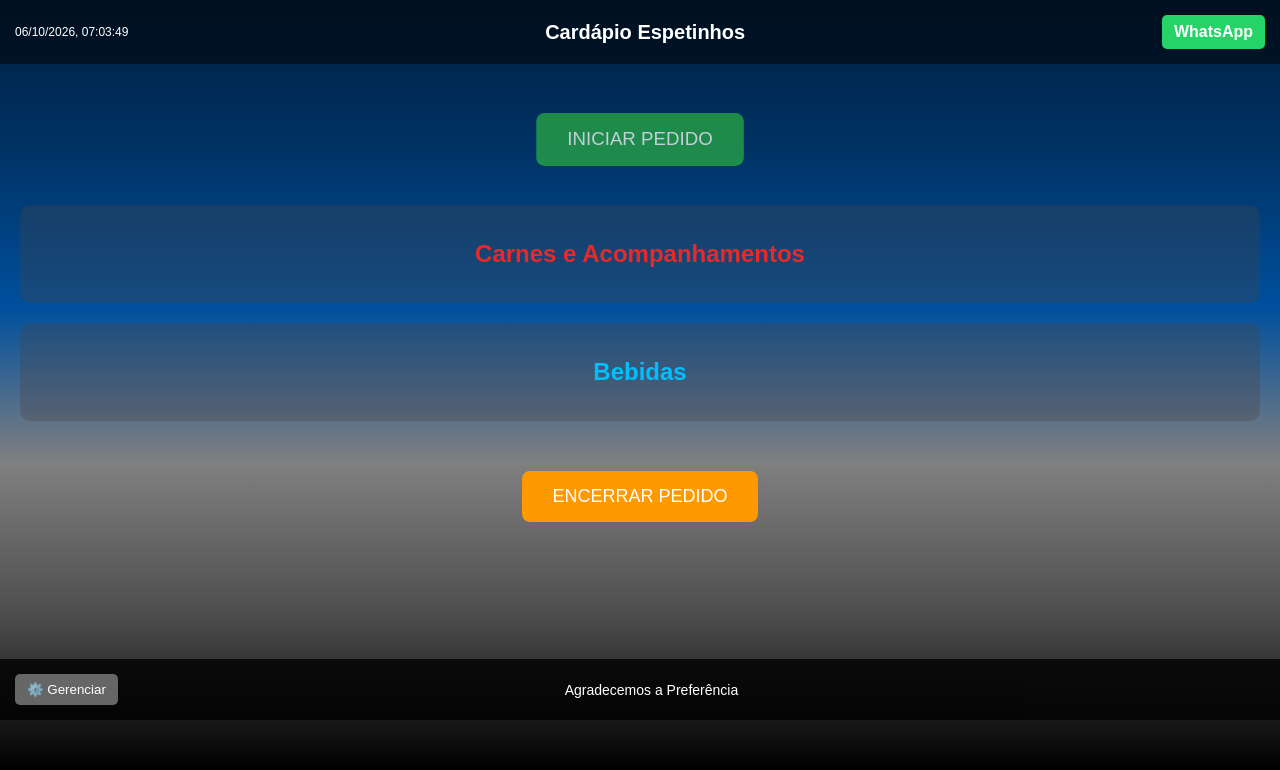
Repository: JeffRodFer/skewersOrder
Page: frontend/index.html
An editor plug-in stored every save of this project. The page is shown before and after the next save, followed by the edit.
The browser window is 1280 px wide. The pictures show the whole page.
The page's requests for data from a server got no answer.

Above is the page before, as saved 2026-10-18 08:44:05.

After the next save:
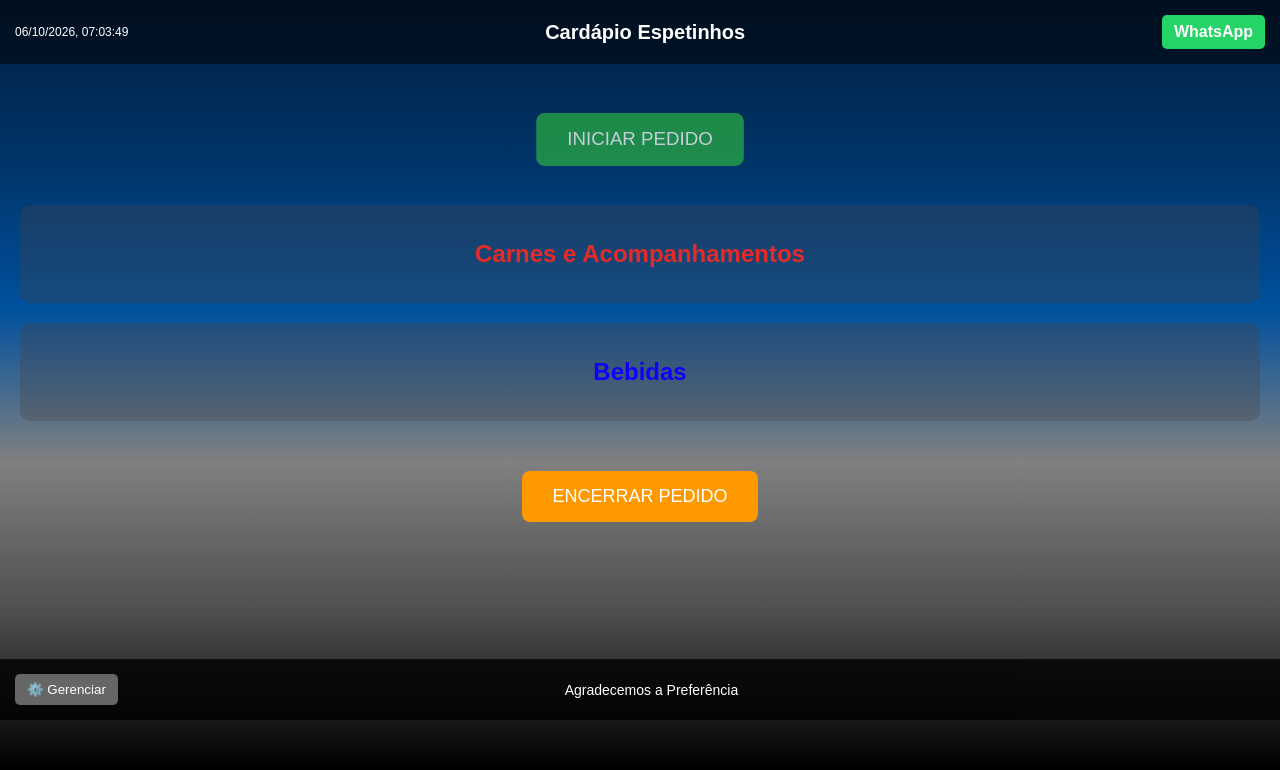
Saved 15 h 34 min later.
--- a/frontend/style.css
+++ b/frontend/style.css
@@ -122,7 +122,7 @@ header {
 }
 
 .titulo-bebidas {
-    color: #00bfff;
+    color: #1100ff;
     text-align: center;
 }
 
